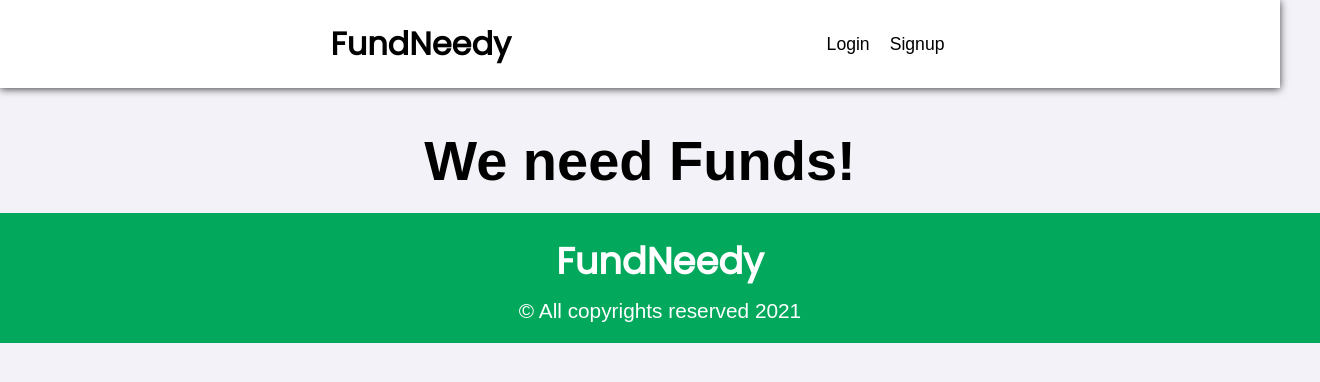
Repository: osdc/codejam
Page: /needies (app in sassy-sandwiches/fund-needy/)
An editor plug-in stored every save of this project. The page is shown before and after the next save, followed by the edit.
The browser window is 1280 px wide. The page is 1320 px wide, then 1280 px, so the pictures cover 1320 px, including what lies to the right of the window. The pictures show the whole page.
The project was rebuilt for these pictures with package versions that can differ from the ones it lists, and the page was loaded fresh each time. Also part of the build but not shown: sassy-sandwiches/fund-needy/src/Showcase.css, sassy-sandwiches/fund-needy/src/Showcase.js.

Above is the page before, as saved 2021-01-09 19:27:32.

### sassy-sandwiches/fund-needy/src/App.js
import React from "react";
import "./App.css";
import Navbar from "./Navbar";
import Showcase from "./Showcase";
import Needies from "./Needies";
import Footer from "./Footer";
import { BrowserRouter as Router, Route, Switch } from "react-router-dom";

function App() {
  return (
    <div className="App">
      <Router>
        <Navbar />
        <Switch>
          <Route exact path="/" component={Showcase} />
          <Route path="/needies" component={Needies} />
        </Switch>
        <Footer />
      </Router>
    </div>
  );
}

export default App;

### sassy-sandwiches/fund-needy/src/App.css
* {
  margin: 0;
  padding: 0;
  font-family: Arial, Helvetica, sans-serif;
}

body {
  background-color: #f3f2f8;
}

### sassy-sandwiches/fund-needy/src/Navbar.js
import React from "react";
import "./Navbar.css";

function Navbar() {
  return (
    <div className="navbar">
      <div className="navbar_logo">
        <h1>FundNeedy</h1>
      </div>
      <div className="navbar_login_signup">
        <button>Login</button>
        <button>Signup</button>
      </div>
    </div>
  );
}

export default Navbar;

### sassy-sandwiches/fund-needy/src/Needies.js
import React from "react";
import "./Needies.css";

function Needies() {
  return (
    <div className="needies">
      <div className="needies_headline">
        <h1>We need Funds!</h1>
      </div>
    </div>
  );
}

export default Needies;

### sassy-sandwiches/fund-needy/src/Footer.js
import React from "react";
import "./Footer.css";

function Footer() {
  return (
    <div className="footer">
      <h1>FundNeedy</h1>
      <p>© All copyrights reserved 2021</p>
    </div>
  );
}

export default Footer;

### sassy-sandwiches/fund-needy/src/Navbar.css
@import url("https://fonts.googleapis.com/css2?family=Poppins&display=swap");

.navbar {
  display: flex;
  align-items: center;
  justify-content: space-evenly;
  padding: 20px;
  -webkit-box-shadow: 0px 1px 8px 0px rgba(0, 0, 0, 0.75);
  -moz-box-shadow: 0px 1px 8px 0px rgba(0, 0, 0, 0.75);
  box-shadow: 0px 1px 8px 0px rgba(0, 0, 0, 0.75);
  background-color: #fff;
  /* position: sticky; */
  top: 0;
  z-index: 10000;
}

.navbar_logo > h1 {
  font-family: "Poppins", sans-serif;
}

.navbar_login_signup {
  display: flex;
  align-items: center;
  justify-content: space-between;
}

.navbar_login_signup > button:nth-of-type(1) {
  margin-right: 10px;
}

.navbar_login_signup > button {
  padding: 5px;
  font-size: 1.1rem;
  outline: none;
  border: none;
  background-color: #fff;
  cursor: pointer;
  width: 100%;
}

### sassy-sandwiches/fund-needy/src/Needies.css
.needies_headline > h1 {
  font-size: 3.5rem;
  text-align: center;
  margin-top: 20px;
  padding: 20px;
}

### sassy-sandwiches/fund-needy/src/Footer.css
.footer {
  text-align: center;
  background-color: #02a95c;
  color: #fff;
  padding: 20px;
  position: relative;
  bottom: 0;
  width: 100%;
}

.footer > h1 {
  font-size: 2.3rem;
  font-family: "Poppins";
}

.footer > p {
  font-size: 1.3rem;
  font-weight: 400;
  margin-top: 10px;
}

Loaded but not shown: sassy-sandwiches/fund-needy/public/index.html (common file); sassy-sandwiches/fund-needy/src/index.js (common file); sassy-sandwiches/fund-needy/src/index.css (common file)

After the next save:
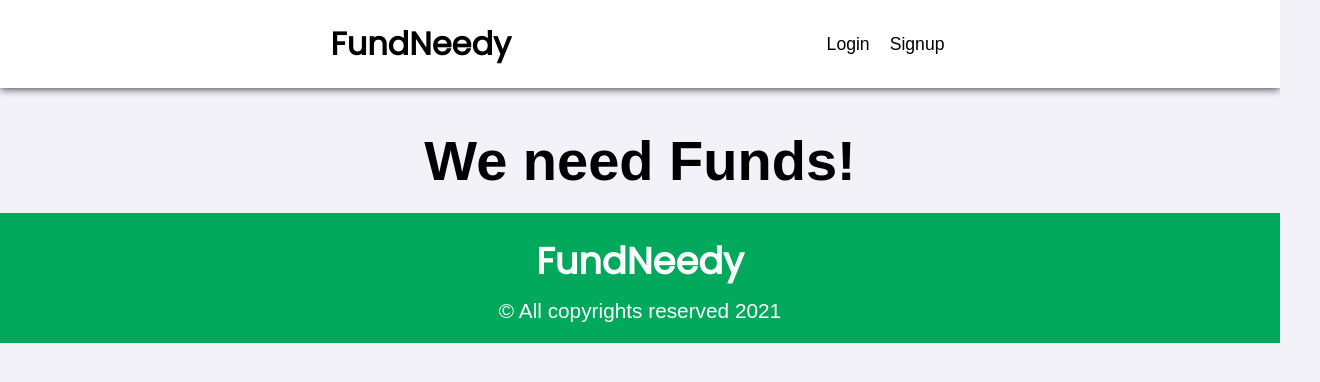
Saved 11 s later.
--- a/sassy-sandwiches/fund-needy/src/Footer.css
+++ b/sassy-sandwiches/fund-needy/src/Footer.css
@@ -3,9 +3,6 @@
   background-color: #02a95c;
   color: #fff;
   padding: 20px;
-  position: relative;
-  bottom: 0;
-  width: 100%;
 }
 
 .footer > h1 {
